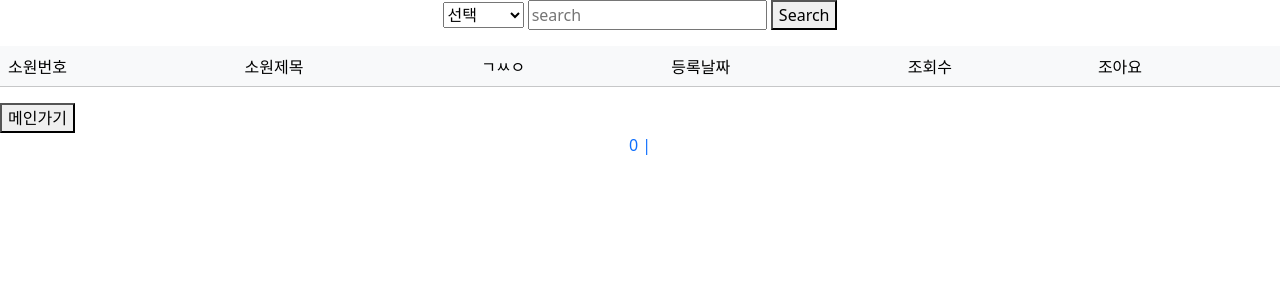
Repository: sujeong1799/JSP
Page: http://localhost/java_study/board/mylist.jsp
The author's editor kept a copy of each file at every save. The page is drawn from the files as they stood at one save, then again after the next save.
The browser window is 1280 px wide. The pictures show the whole page.
The page is served by Tomcat 9. The template is opened directly, without the code that normally fills it, so the values that code supplies are empty.

Above is the page before, as saved 2023-05-24 06:11:58.

After the next save:
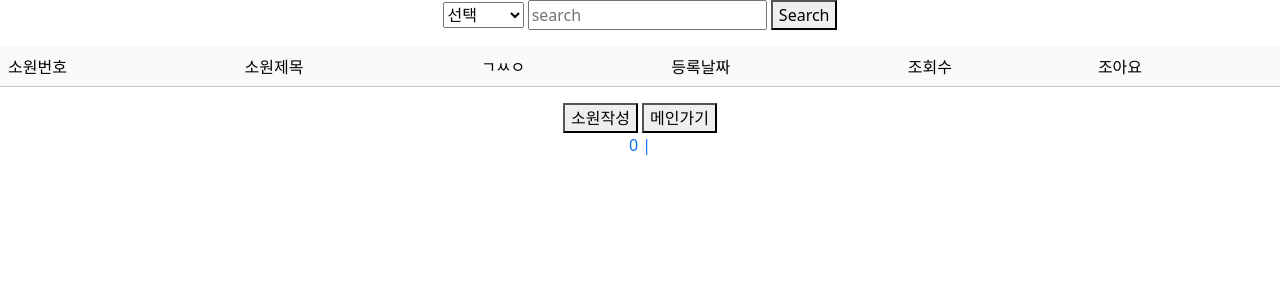
Saved 53 s later.
--- a/jsp_project4-1_과제/java_study/src/main/webapp/board/mylist.jsp
+++ b/jsp_project4-1_과제/java_study/src/main/webapp/board/mylist.jsp
@@ -53,7 +53,10 @@
 		</tbody>
 	</table>
 
+	<div align="center">
+	<a href="/board/register.jsp"><button>소원작성</button></a>
 	<a href="/"><button>메인가기</button></a>
+	</div>
 
 		<!-- 페이지네이션위치 -->
 	<!-- 컨트롤러에서 page 정보를 싣고 와야함 -->
